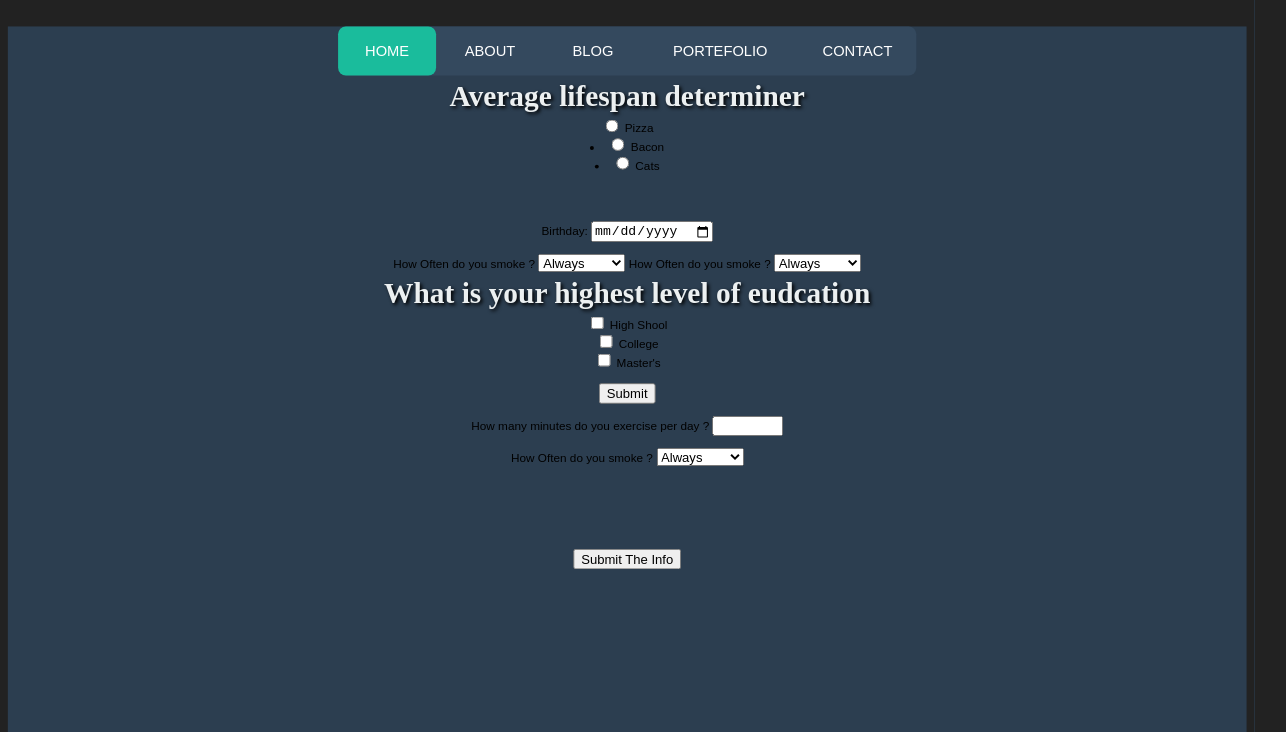
Repository: navid-amini12/capstone-1
Page: wordgame.html
An editor plug-in stored every save of this project. The page is shown before and after the next save, followed by the edit.
The browser window is 1280 px wide. The page is 1280 px wide, then 1312 px, then 1280 px, so the pictures cover 1312 px, including what lies to the right of the window. The pictures show the whole page, at 98% of full size.

Above is the page before, as saved 2022-06-01 12:31:16.

After the next save:
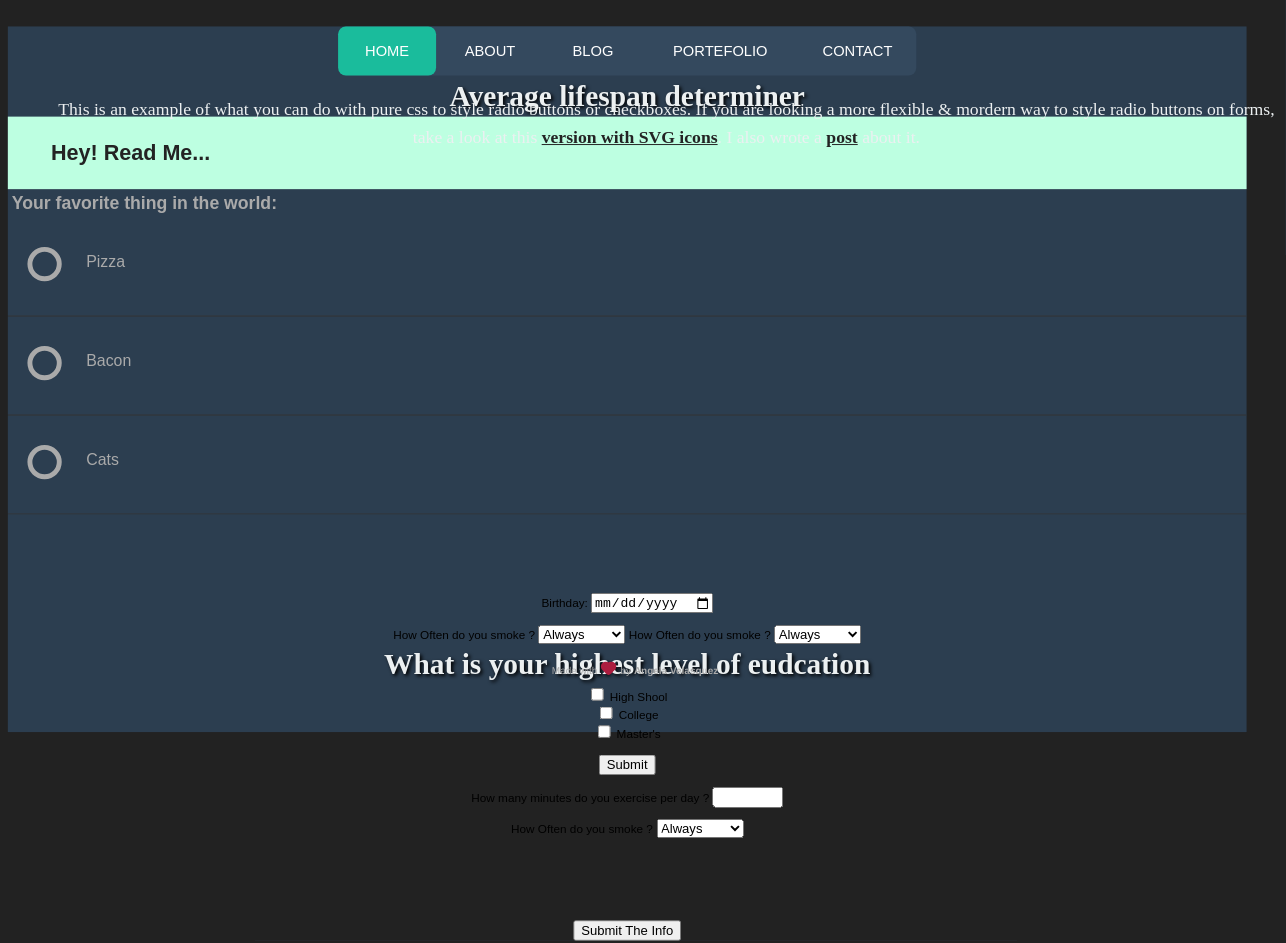
Saved 31 s later.
--- a/wordgame.html
+++ b/wordgame.html
@@ -25,10 +25,18 @@
 
 
 
-
-
-
-      <div class = "container90">  <input type="radio" id="f-option" name="selector">
+    <div class="alert">
+      <h2>Hey! Read Me...</h2>
+      <p>This is an example of what you can do with pure css to style radio buttons or checkboxes. If you are looking a more flexible & mordern way to style radio buttons on forms, take a look at this <a target="_blank"  href="https://codepen.io/AngelaVelasquez/details/BWXbxP" title="SVG radio buttons">version with SVG icons</a>. I also wrote a <a target="_blank" href="https://codepen.io/AngelaVelasquez/post/css-styling-radio-button">post</a> about it.</p>
+    </div>
+
+    <div class="container">
+
+      <h2>Your favorite thing in the world:</h2>
+
+      <ul>
+      <li>
+        <input type="radio" id="f-option" name="selector">
         <label for="f-option">Pizza</label>
 
         <div class="check"></div>
@@ -46,10 +54,13 @@
         <label for="t-option">Cats</label>
 
         <div class="check"><div class="inside"></div></div>
-
-   </div>
-
-
+      </li>
+    </ul>
+    </div>
+
+    <div class="signature">
+      <p>Made with <i class="much-heart"></i> by <a href="https://codepen.io/AngelaVelasquez">Angela Velasquez</a></p>
+    </div>
 
 
 

After the save that followed:
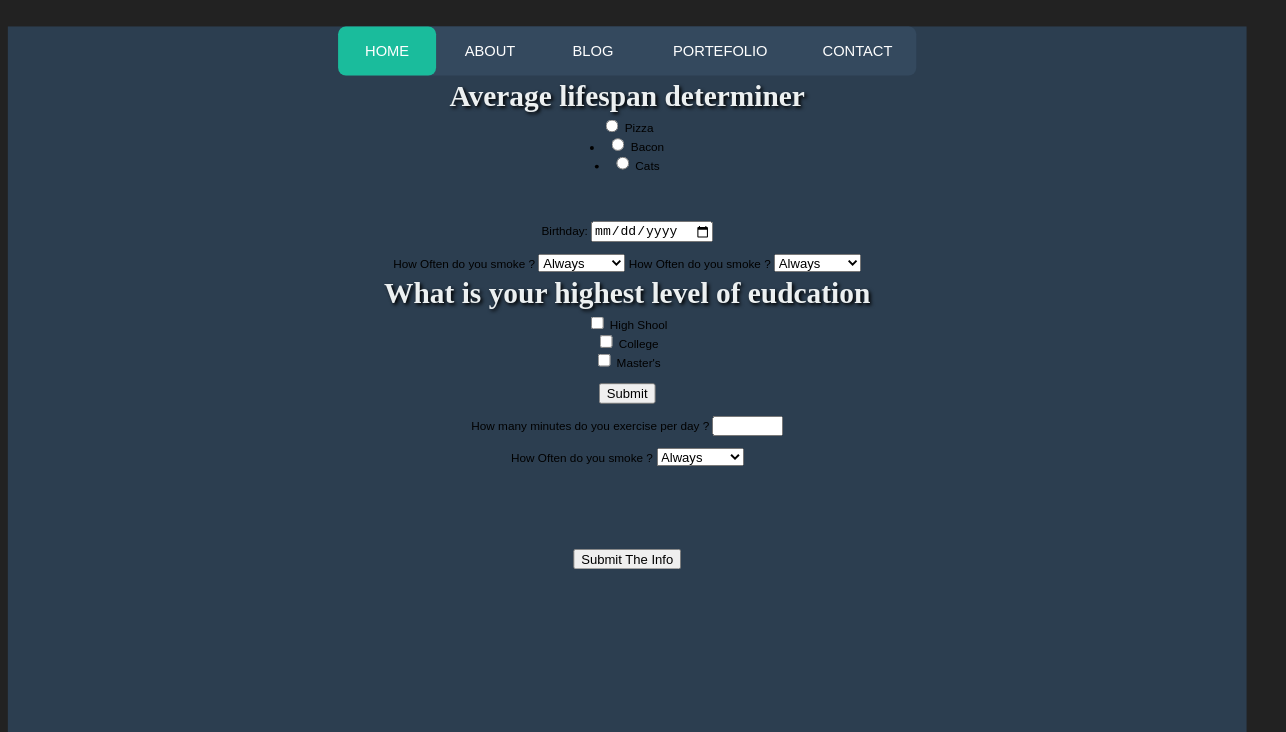
Saved 9 s later.
--- a/wordgame.html
+++ b/wordgame.html
@@ -25,18 +25,10 @@
 
 
 
-    <div class="alert">
-      <h2>Hey! Read Me...</h2>
-      <p>This is an example of what you can do with pure css to style radio buttons or checkboxes. If you are looking a more flexible & mordern way to style radio buttons on forms, take a look at this <a target="_blank"  href="https://codepen.io/AngelaVelasquez/details/BWXbxP" title="SVG radio buttons">version with SVG icons</a>. I also wrote a <a target="_blank" href="https://codepen.io/AngelaVelasquez/post/css-styling-radio-button">post</a> about it.</p>
-    </div>
-
-    <div class="container">
-
-      <h2>Your favorite thing in the world:</h2>
-
-      <ul>
-      <li>
-        <input type="radio" id="f-option" name="selector">
+
+
+
+      <div class = "container90">  <input type="radio" id="f-option" name="selector">
         <label for="f-option">Pizza</label>
 
         <div class="check"></div>
@@ -54,13 +46,10 @@
         <label for="t-option">Cats</label>
 
         <div class="check"><div class="inside"></div></div>
-      </li>
-    </ul>
-    </div>
-
-    <div class="signature">
-      <p>Made with <i class="much-heart"></i> by <a href="https://codepen.io/AngelaVelasquez">Angela Velasquez</a></p>
-    </div>
+
+   </div>
+
+
 
 
 
